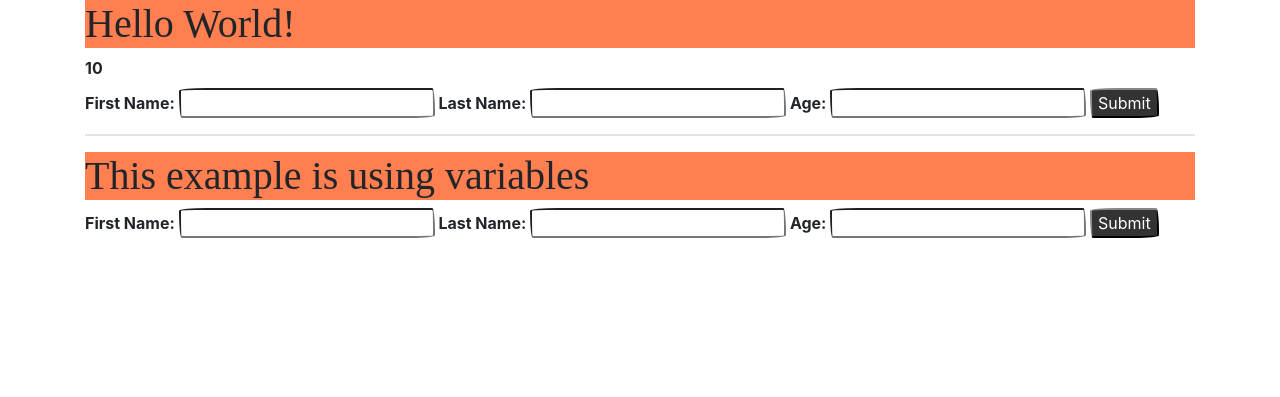
Repository: brandonbath/Lab23
Page: http://localhost/SpringDemo2/WEB-INF/views/index.jsp
The author's editor kept a copy of each file at every save. The page is drawn from the files as they stood at one save, then again after the next save.
The browser window is 1280 px wide. The pictures show the whole page.
Some web fonts or font styles are not loaded; a fallback is used. Some web libraries are served in a nearby version. The page is served by Tomcat 9. Nobody is signed in. Other server files are loaded and not shown. The template is opened directly, without the code that normally fills it, so the values that code supplies are empty.

Above is the page before, as saved 2019-11-14 18:51:28.

### SpringDemo2/src/main/webapp/WEB-INF/views/index.jsp
<%@ page language="java" contentType="text/html; charset=ISO-8859-1"
	pageEncoding="ISO-8859-1"%>
<!DOCTYPE html>
<html>
<head>
<meta charset="ISO-8859-1">
<title>My First Spring Demo</title>
<link
	href="https://stackpath.bootstrapcdn.com/bootswatch/4.3.1/sketchy/bootstrap.min.css"
	rel="stylesheet"
	integrity="sha384-N8DsABZCqc1XWbg/bAlIDk7AS/yNzT5fcKzg/TwfmTuUqZhGquVmpb5VvfmLcMzp"
	crossorigin="anonymous">
	<link href="Style.css" rel="stylesheet">
</head>
<body>
	<div class="container">

		<h1>Hello World!</h1>

		<h2>${test}</h2>

		${5+5}

<h1>${personTest}</h1>

<form action="add-person" method="post">
First Name: <input type="text" name="first">
Last Name: <input type="text" name="last">
Age: <input type="number" name="age">
<input class="btn-primary" type="submit" value="Submit">

</form>

<hr>
<h1>This example is using variables</h1>
<form action="add-person2">
First Name: <input type="text" name="first">
Last Name: <input type="text" name="last">
Age: <input type="number" name="age">
<input class="btn-primary" type="submit" value="Submit">

</form>

	</div>
</body>
</html>

### SpringDemo2/src/main/webapp/Style.css
@charset "ISO-8859-1";
h1 {
	background-color: coral;
}

After the next save:
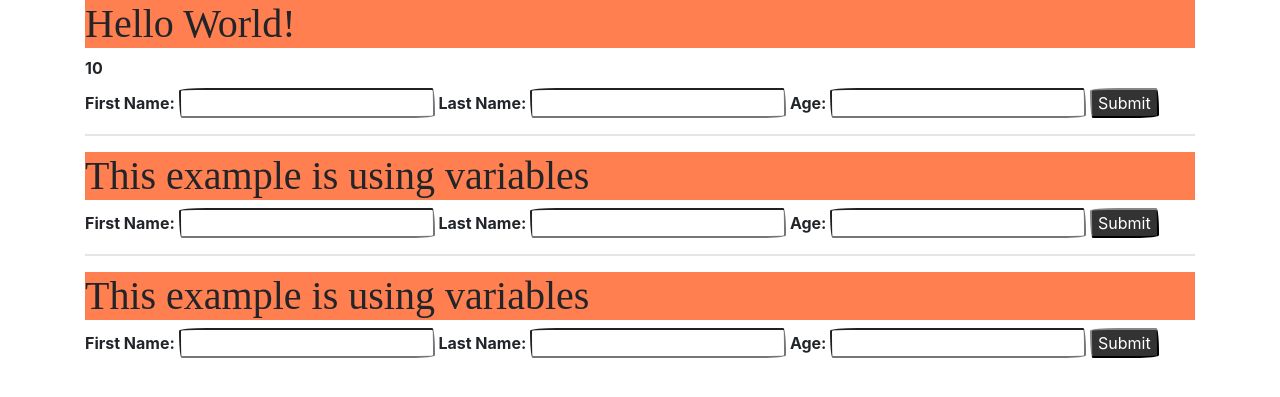
Saved 10 s later.
--- a/SpringDemo2/src/main/webapp/WEB-INF/views/index.jsp
+++ b/SpringDemo2/src/main/webapp/WEB-INF/views/index.jsp
@@ -41,6 +41,15 @@ Age: <input type="number" name="age">
 
 </form>
 
+<hr>
+<h1>This example is using variables</h1>
+<form action="add-person3">
+First Name: <input type="text" name="first">
+Last Name: <input type="text" name="last">
+Age: <input type="number" name="age">
+<input class="btn-primary" type="submit" value="Submit">
+
+</form>
 	</div>
 </body>
 </html>
